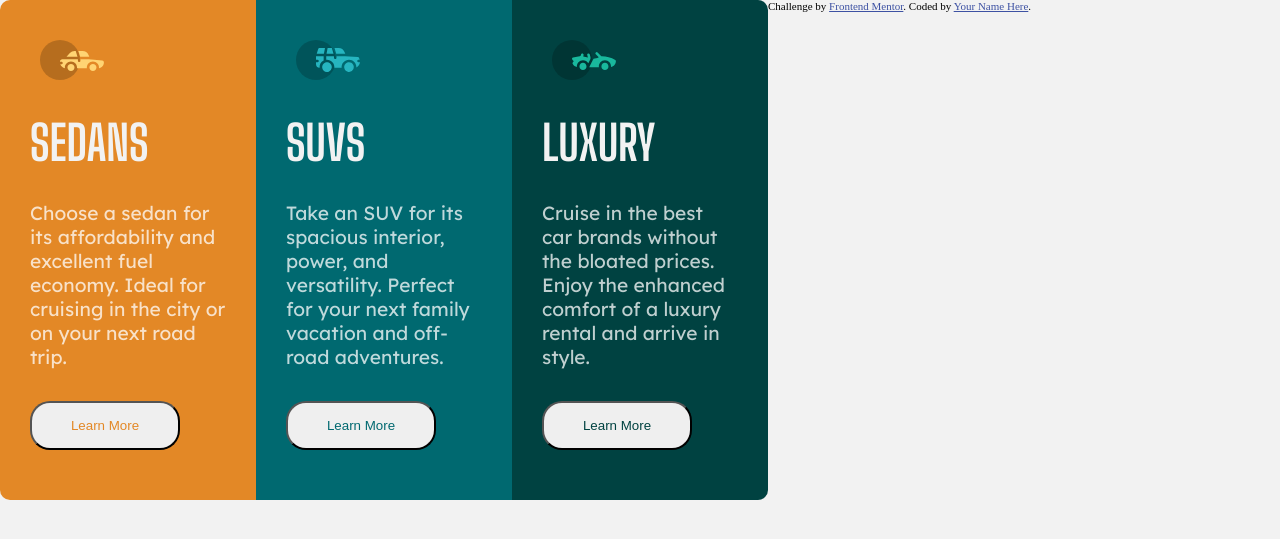
Repository: viniciussnt/3-column-preview-card
Page: index.html
An editor plug-in stored every save of this project. The page is shown before and after the next save, followed by the edit.
The browser window is 1280 px wide. The pictures show the whole page.
The pointer rests on the first visible `button`.

Above is the page before, as saved 2023-09-15 11:49:31.

After the next save:
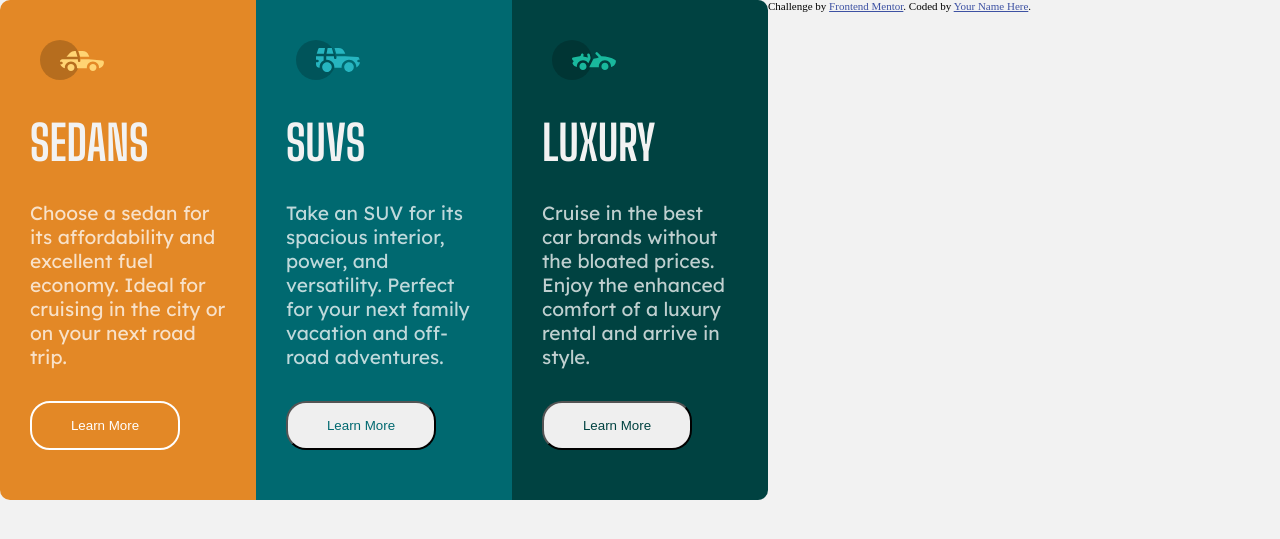
Saved 73 s later.
--- a/styles/style.css
+++ b/styles/style.css
@@ -81,6 +81,13 @@
 
 }
 
+button:hover{
+    background: transparent;
+    color: white;
+    cursor: pointer;
+    border: 2px solid white;
+}
+
 .btn-sedans {
     color: var(--color-sedan);
 }
